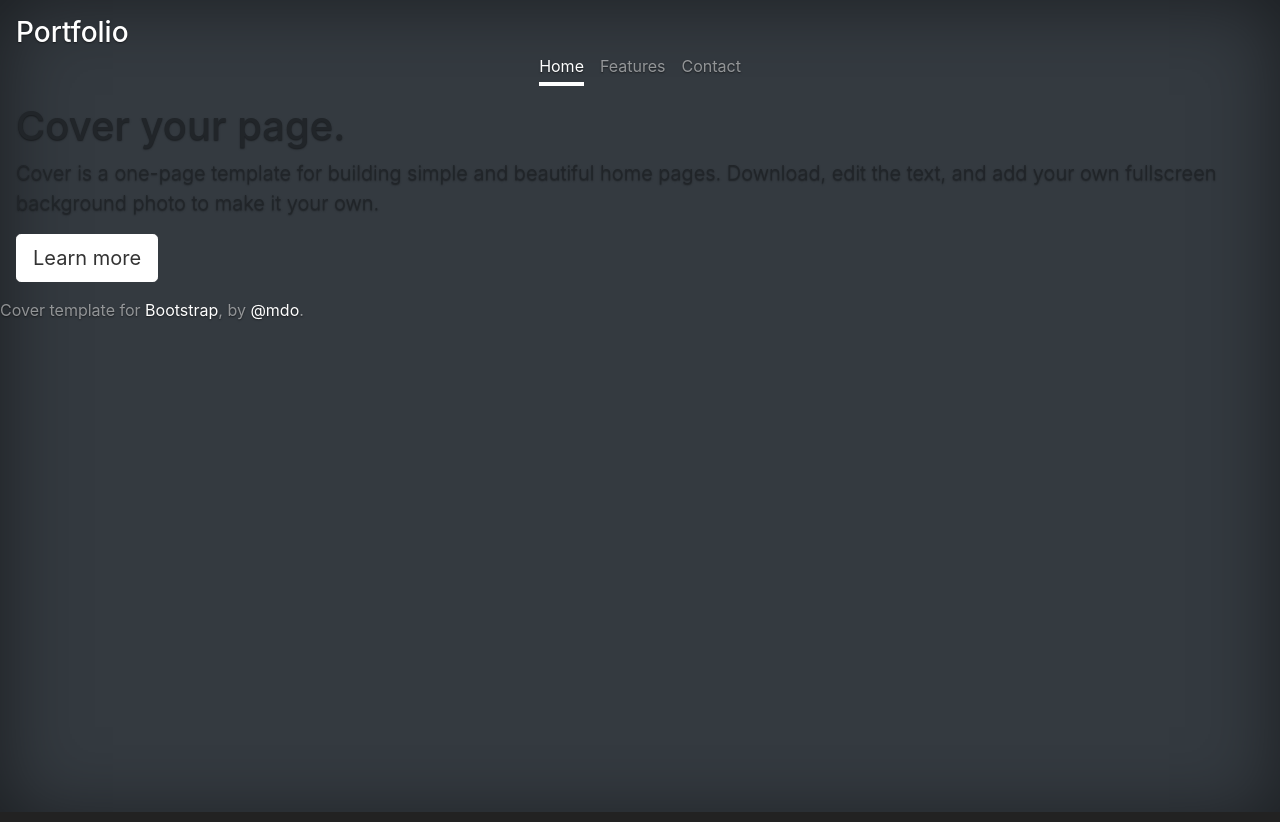
Repository: Shlahla48/zaio-bootstrap-portfolio
Page: index.html
The author's editor kept a copy of each file at every save. The page is drawn from the files as they stood at one save, then again after the next save.
The browser window is 1280 px wide. The pictures show the whole page.

Above is the page before, as saved 2022-10-10 14:29:20.

### index.html
<!doctype html>
<html lang="en" class="h-100">
  <head>
    <meta charset="utf-8">
    <meta name="viewport" content="width=device-width, initial-scale=1">
    <meta name="description" content="">
    <meta name="author" content="Mark Otto, Jacob Thornton, and Bootstrap contributors">
    <meta name="generator" content="Hugo 0.104.2">
    <title>Portfolio | Kenalemang Solomon Hlahla</title>

    <link rel="canonical" href="https://getbootstrap.com/docs/5.2/examples/cover/">





    <link rel="stylesheet" href="https://cdn.jsdelivr.net/npm/bootstrap@4.6.2/dist/css/bootstrap.min.css" integrity="sha384-xOolHFLEh07PJGoPkLv1IbcEPTNtaed2xpHsD9ESMhqIYd0nLMwNLD69Npy4HI+N" crossorigin="anonymous">
    <style>
      .bd-placeholder-img {
        font-size: 1.125rem;
        text-anchor: middle;
        -webkit-user-select: none;
        -moz-user-select: none;
        user-select: none;
      }

      @media (min-width: 768px) {
        .bd-placeholder-img-lg {
          font-size: 3.5rem;
        }
      }

      .b-example-divider {
        height: 3rem;
        background-color: rgba(0, 0, 0, .1);
        border: solid rgba(0, 0, 0, .15);
        border-width: 1px 0;
        box-shadow: inset 0 .5em 1.5em rgba(0, 0, 0, .1), inset 0 .125em .5em rgba(0, 0, 0, .15);
      }

      .b-example-vr {
        flex-shrink: 0;
        width: 1.5rem;
        height: 100vh;
      }

      .bi {
        vertical-align: -.125em;
        fill: currentColor;
      }

      .nav-scroller {
        position: relative;
        z-index: 2;
        height: 2.75rem;
        overflow-y: hidden;
      }

      .nav-scroller .nav {
        display: flex;
        flex-wrap: nowrap;
        padding-bottom: 1rem;
        margin-top: -1px;
        overflow-x: auto;
        text-align: center;
        white-space: nowrap;
        -webkit-overflow-scrolling: touch;
      }
    </style>


    <!-- Custom styles for this template -->
    <link href="cover.css" rel="stylesheet">
  </head>
  <body class="bg-dark">


  <header class="p-3 text-white">
    <div>
      <h3 class="float-md-start mb-0">Portfolio</h3>
      <nav class="nav nav-masthead justify-content-center float-md-end">
        <a class="nav-link fw-bold py-1 px-0 active" aria-current="page" href="#">Home</a>
        <a class="nav-link fw-bold py-1 px-0" href="#">Features</a>
        <a class="nav-link fw-bold py-1 px-0" href="#">Contact</a>
      </nav>
    </div>
  </header>
  <div class="banner-wrap vh-100">
  <main class="px-3">
    <h1>Cover your page.</h1>
    <p class="lead">Cover is a one-page template for building simple and beautiful home pages. Download, edit the text, and add your own fullscreen background photo to make it your own.</p>
    <p class="lead">
      <a href="#" class="btn btn-lg btn-secondary fw-bold border-white bg-white">Learn more</a>
    </p>
  </main>

  <footer class="mt-auto text-white-50">
    <p>Cover template for <a href="https://getbootstrap.com/" class="text-white">Bootstrap</a>, by <a href="https://twitter.com/mdo" class="text-white">@mdo</a>.</p>
  </footer>
</div>



  </body>
</html>

### cover.css
/*
 * Globals
 */


/* Custom default button */
.btn-secondary,
.btn-secondary:hover,
.btn-secondary:focus {
  color: #333;
  text-shadow: none; /* Prevent inheritance from `body` */
}


/*
 * Base structure
 */

body {
  text-shadow: 0 .05rem .1rem rgba(0, 0, 0, .5);
  box-shadow: inset 0 0 5rem rgba(0, 0, 0, .5);
}



.cover-container {
  max-width: 42em;
}


/*
 * Header
 */

 .banner-wrap {
  background-image: url();
  background-size: cover;
  background-repeat: no-repeat;
  background-position: center;

  border-bottom: 10px solid #222222;
  position: relative;
z-index: 1;
}
.overlay {
 z-index: -1;
  height: 100%;
  width: 100%;
  background: black;
  opacity: 60%;
  position: absolute;
  top: 0;
}

.nav-masthead .nav-link {
  color: rgba(255, 255, 255, .5);
  border-bottom: .25rem solid transparent;
}

.nav-masthead .nav-link:hover,
.nav-masthead .nav-link:focus {
  border-bottom-color: rgba(255, 255, 255, .25);
}

.nav-masthead .nav-link + .nav-link {
  margin-left: 1rem;
}

.nav-masthead .active {
  color: #fff;
  border-bottom-color: #fff;
}

After the next save:
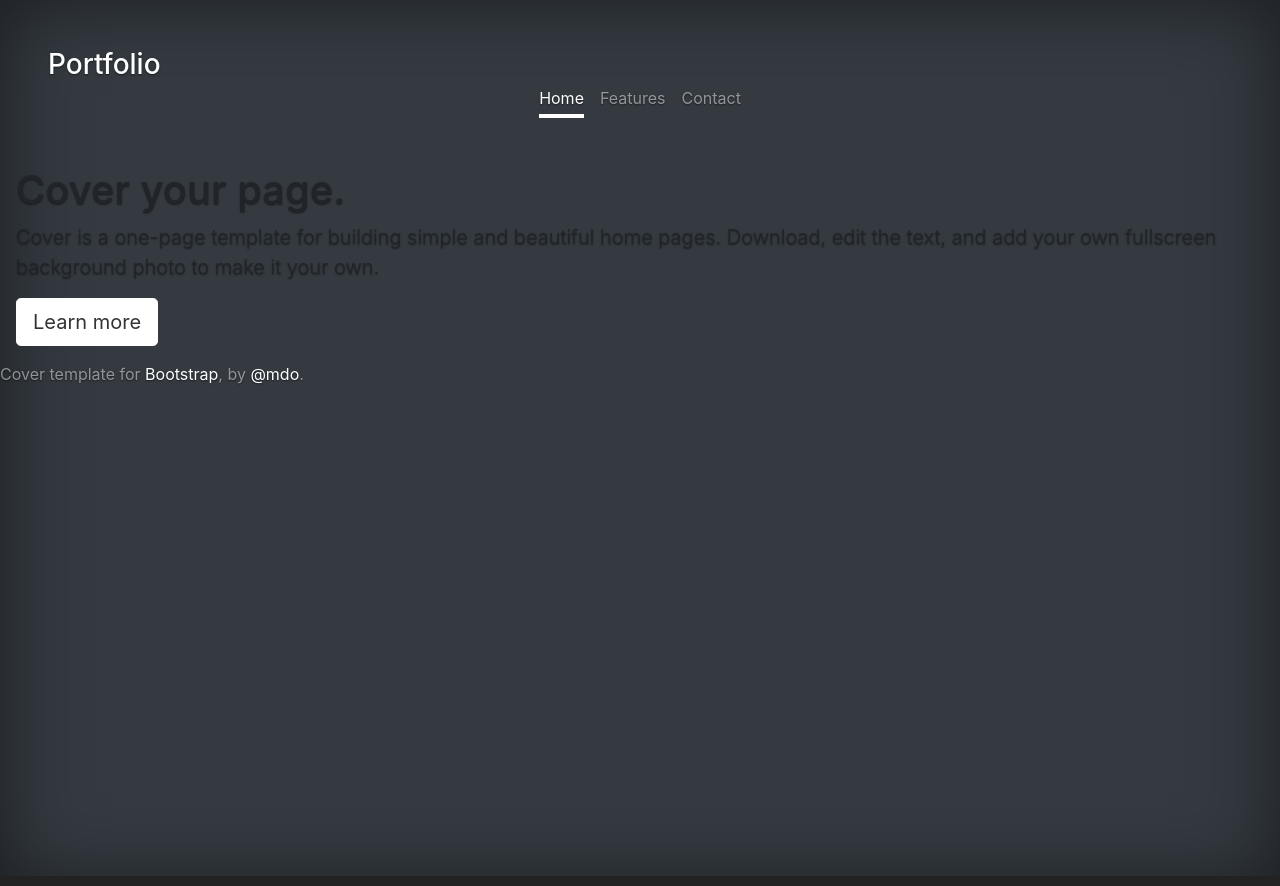
Saved 32 s later.
--- a/index.html
+++ b/index.html
@@ -75,7 +75,7 @@
   <body class="bg-dark">
 
 
-  <header class="p-3 text-white">
+  <header class="p-5 text-white">
     <div>
       <h3 class="float-md-start mb-0">Portfolio</h3>
       <nav class="nav nav-masthead justify-content-center float-md-end">
